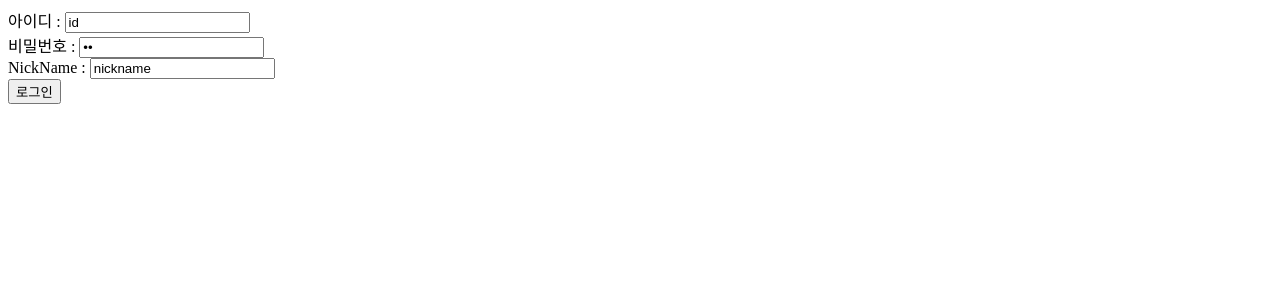
Repository: eyonghwan/jsp_practice
Page: http://localhost/JSPBasic/JspObject/5.session/session_login.jsp
An editor plug-in stored every save of this project. The page is shown before and after the next save, followed by the edit.
The browser window is 1280 px wide. The pictures show the whole page.
The page is served by Tomcat 9.

Above is the page before, as saved 2022-02-08 02:22:49.

After the next save:
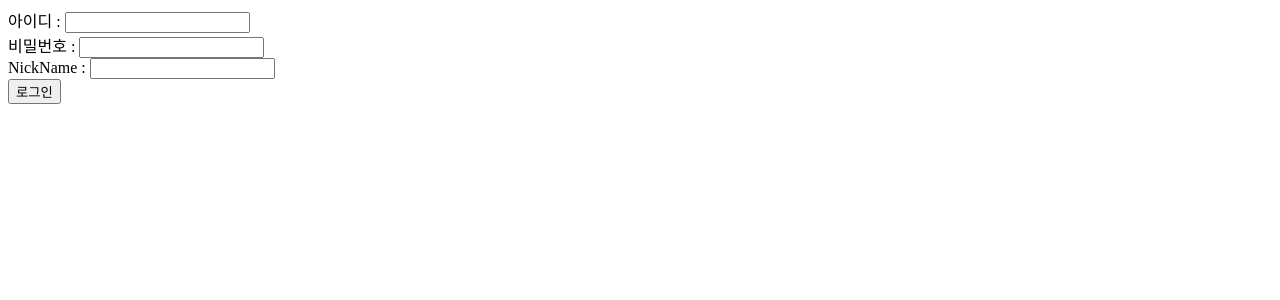
Saved 16 s later.
--- a/JSPBasic/src/main/webapp/JspObject/5.session/session_login.jsp
+++ b/JSPBasic/src/main/webapp/JspObject/5.session/session_login.jsp
@@ -8,9 +8,9 @@
 </head>
 <body>
 	<form action="session_ligin_check.jsp" method="post">
-	아이디 : <input type="text" value="id"><br/>
-	비밀번호 : <input type="password" value="pw"><br/>
-	NickName : <input type="text" value="nickname"><br/>
+	아이디 : <input type="text" name="id"><br/>
+	비밀번호 : <input type="password" name="pw"><br/>
+	NickName : <input type="text" name="nickname"><br/>
 	<input type="submit" value="로그인">
 	</form>
 </body>
